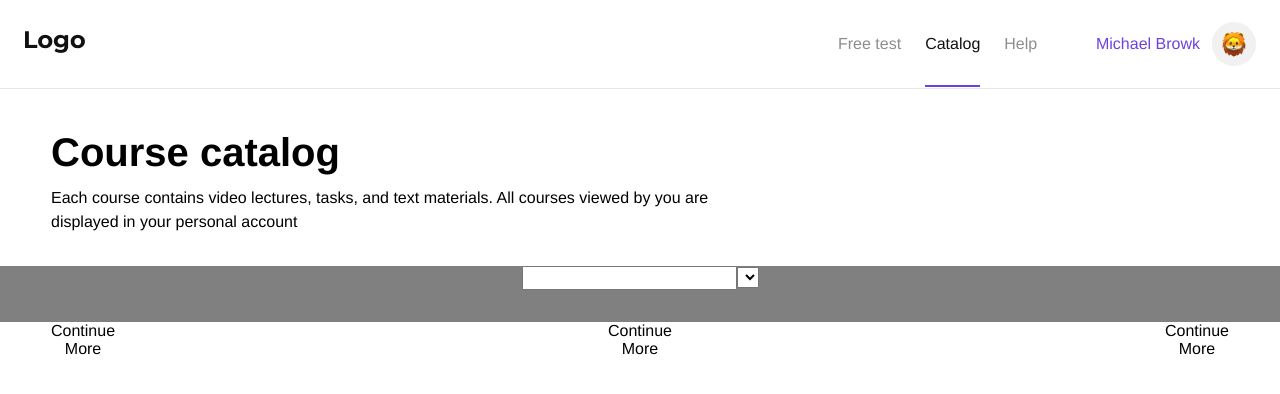
Repository: skydevil1604/vue-test-app
Page: /#/main-page
The author's editor kept a copy of each file at every save. The page is drawn from the files as they stood at one save, then again after the next save.
The browser window is 1280 px wide. The pictures show the whole page.
The project was rebuilt for these pictures with package versions that can differ from the ones it lists, and the page was loaded fresh each time. Also part of the build but not shown: src/components/Tabs.vue, src/components/Tab.vue, src/components/Login.vue, src/components/Registration.vue, src/components/AuthenticationForm.vue.

Above is the page before, as saved 2020-04-06 20:21:38.

### public/index.html
<!DOCTYPE html>
<html lang="en">
  <head>
    <meta charset="utf-8">
    <meta http-equiv="X-UA-Compatible" content="IE=edge">
    <meta name="viewport" content="width=device-width,initial-scale=1.0">
    <link rel="icon" href="<%= BASE_URL %>favicon.ico">
    <link rel="stylesheet" href="../src/assets/normalize.css">
    <title><%= htmlWebpackPlugin.options.title %></title>
  </head>
  <body style="margin:0 auto;">
    <noscript>
      <strong>We're sorry but <%= htmlWebpackPlugin.options.title %> doesn't work properly without JavaScript enabled. Please enable it to continue.</strong>
    </noscript>
    <div id="app"></div>
    <!-- built files will be auto injected -->
  </body>
</html>

### src/main.js
import Vue from 'vue'
import App from './App.vue'
import VueRouter from 'vue-router'
import router from './router';

Vue.config.productionTip = false;
Vue.use(VueRouter)

new Vue({
  render: h => h(App),
  router
}).$mount('#app');

### src/App.vue
<template>
  <div id="app">
    <router-view>
      <AuthenticationForm />
    </router-view>
  </div>
</template>

<script>
import AuthenticationForm from './components/AuthenticationForm';

export default {
  name: 'App',
  components: {
    AuthenticationForm
  }
}
</script>

<style>
#app {
  font-family: Avenir, Helvetica, Arial, sans-serif;
  -webkit-font-smoothing: antialiased;
  -moz-osx-font-smoothing: grayscale;
  text-align: center;
  display: flex;
  height: 100vh;
}
</style>

### src/router/index.js
import Vue                        from 'vue';
import VueRouter                     from 'vue-router';
import MainPageComponent          from '@/components/MainPage';
import AuthenticationForm         from '@/components/AuthenticationForm';

Vue.use(VueRouter);

const router = new VueRouter({
    routes: [

      {
        path: '/main-page',
        name: 'mainPage',
        component: MainPageComponent,
      },
      {
        path: '/',
        name: 'authenticationForm',
        component: AuthenticationForm,
      },
    ]
  });

export default router;

### src/components/MainPage.vue
<template>
    <div class="main-page">
        <header class="header">
            <a class="logo" href="#">
                <img src="../assets/logo.png" alt="logo">
            </a>
            <nav class="navigation">
                <ul class="navigation__list">
                    <li class="navigation__item">
                        <a class="navigation__link" href="#">Free test</a>
                    </li>
                    <li class="navigation__item">
                        <a class="navigation__link navigation__link--active" href="#">Catalog</a>
                    </li>
                    <li class="navigation__item">
                        <a class="navigation__link" href="#">Help</a>
                    </li>
                </ul>
                <div class="navigation__profile">
                    <span class="navigation__user-name">Michael Browk</span>
                    <img class="navigation__user-photo" src="../assets/Lion.png" alt="">
                </div>
            </nav>
        </header>

        <section class="info">
            <h1 class="info__heading">Course catalog</h1>
            <p class="info__description">
                Each course contains video lectures, tasks, and text materials. All courses viewed by you are displayed in your personal account
            </p>
        </section>

        <section class="main-filter">
            <input type="search" name="search" id="search">
            <select name="" id=""></select>
        </section>

        <section class="main-content">
            <div class="post">
                <div class="post__header"></div>
                <div class="post__title"></div>
                <div class="post__info"></div>
                <div class="post__button-wrapper">
                    <div class="post__button post__button--main">Continue</div>
                    <div class="post__button post__button--secondary">More</div>
                </div>
            </div>
            <div class="post">
                <div class="post__header"></div>
                <div class="post__title"></div>
                <div class="post__info"></div>
                <div class="post__button-wrapper">
                    <div class="post__button post__button--main">Continue</div>
                    <div class="post__button post__button--secondary">More</div>
                </div>
            </div>
            <div class="post">
                <div class="post__header"></div>
                <div class="post__title"></div>
                <div class="post__info"></div>
                <div class="post__button-wrapper">
                    <div class="post__button post__button--main">Continue</div>
                    <div class="post__button post__button--secondary">More</div>
                </div>
            </div>
        </section>
    </div>
</template>

<script>

export default {
    name: 'MainPageComponent',
}
</script>

<style lang="scss">
    .main-page {
        max-width: 1366px;
        width: 100%;
        margin: 0 auto;
    }

    .header {
        padding-top: 22px;
        padding-bottom: 22px;
        padding-left: 24px;
        padding-right: 24px;
        display: flex;
        justify-content: space-between;
        align-items: center;
        box-shadow: 0px 1px 0px rgba(17, 17, 17, 0.1);
    }

    .navigation {
        display: flex;
        align-items: center;
        width: 418px;
        justify-content: space-between;

            &__list {
                list-style: none;
                display: flex;
                padding: 0;
                margin: 0;

                  &:last-child {
                    margin-right: 0;
                }
            }

            &__item {
                margin-right: 24px;
                font-size: 16px;
                color: rgba(17, 17, 17, 0.48);

                    &:hover {
                        color: #111111;
                    }
            }

            &__link {
                text-decoration: none;
                font-style: normal;
                font-weight: normal;
                font-size: inherit;
                color: inherit;
                line-height: 24px;
                padding-bottom: 35px;
                    &--active {
                        border-top-width: 6px;
                        color: #111111;
                        box-shadow: inset 0px -2px 0px #6E41E2;
                    }
            }

            &__profile {
                display: flex;
                align-items: center;
                justify-content: space-between;
            }

            &__user-name {
                font-style: normal;
                font-weight: normal;
                font-size: 16px;
                line-height: 24px;
                color: #6E41E2;
                margin-right: 12px;
            }
    }

    .info {
        text-align: left;
        padding-top: 40px;
        padding-left: 51px;
        padding-bottom: 32px;
        max-width: 724px;

            &__heading {
                font-style: normal;
                font-weight: bold;
                font-size: 40px;
                line-height: 48px;
                margin:0;
                margin-bottom: 10px;
            }

            &__description {
                font-style: normal;
                font-weight: normal;
                font-size: 16px;
                line-height: 24px;
                margin:0;
            }
    }

    .main-filter {
        height: 56px;
        background-color: grey;
        padding-left: 51px;
        padding-right: 51px;
    }

    .main-content {
        padding-left: 51px;
        padding-right: 51px;
        display: flex;
        justify-content: space-between;
    }
</style>

Loaded but not shown: src/assets/normalize.css (library)

After the next save:
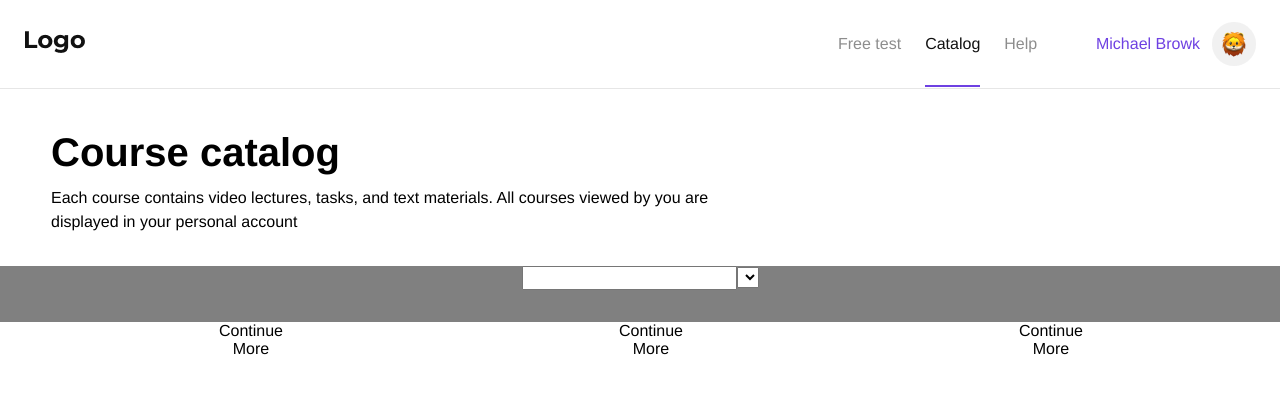
Saved 89 s later.
--- a/src/components/MainPage.vue
+++ b/src/components/MainPage.vue
@@ -188,4 +188,9 @@ export default {
         display: flex;
         justify-content: space-between;
     }
+
+    .post {
+        min-width: 400px;
+        height: 347px;
+    }
 </style>
